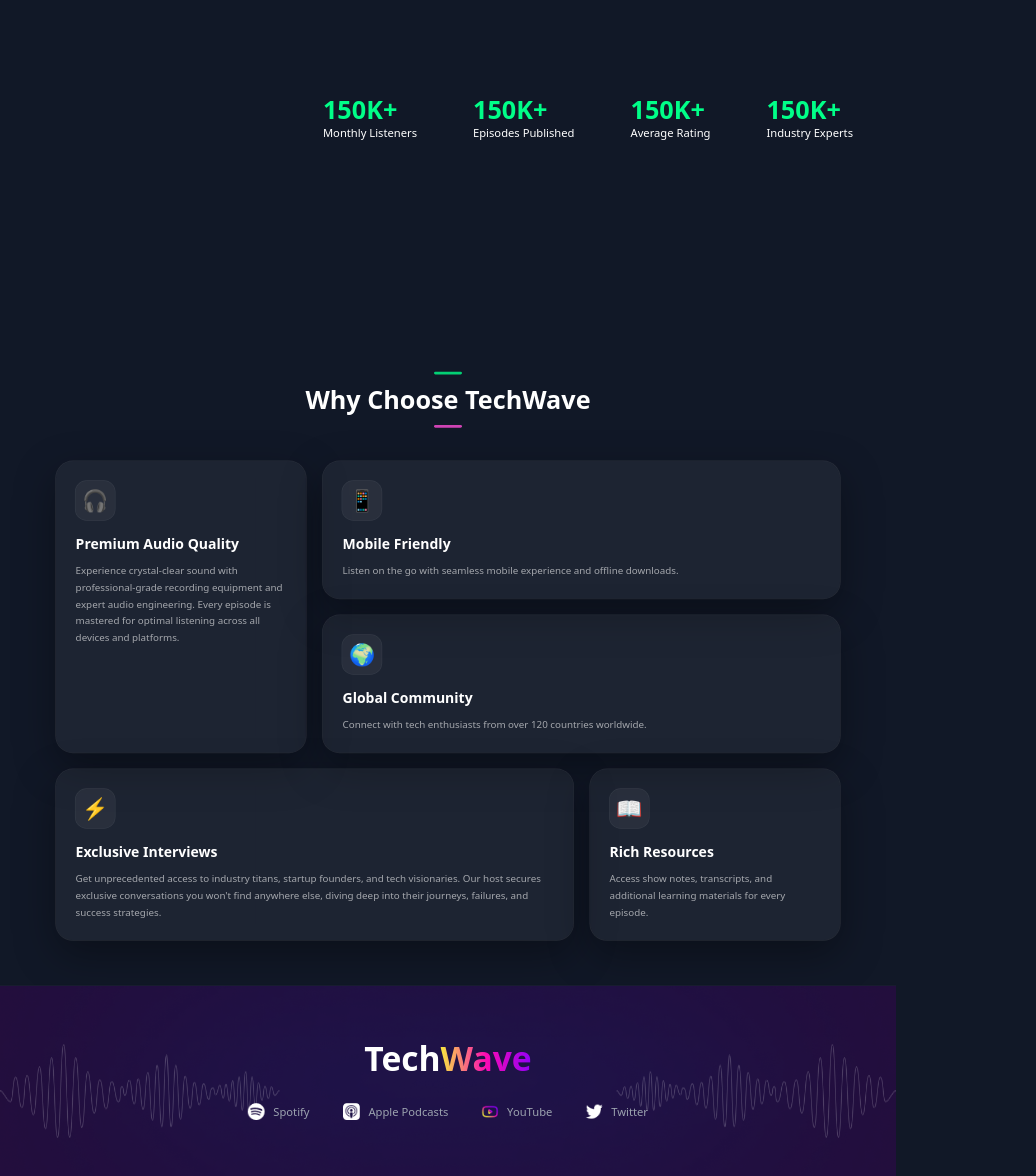
Repository: tanimtanzilislam/Assignment_2
Page: index.html
An editor plug-in stored every save of this project. The page is shown before and after the next save, followed by the edit.
The browser window is 1280 px wide. The page is 1480 px wide, so the pictures cover 1480 px, including what lies to the right of the window. The pictures show the part of the page from y = 910 to 2590 px (the page is 2590 px tall), at 70% of full size.
Some web libraries are served in a nearby version.

Above is the page before, as saved 2026-03-03 21:55:58.

After the next save:
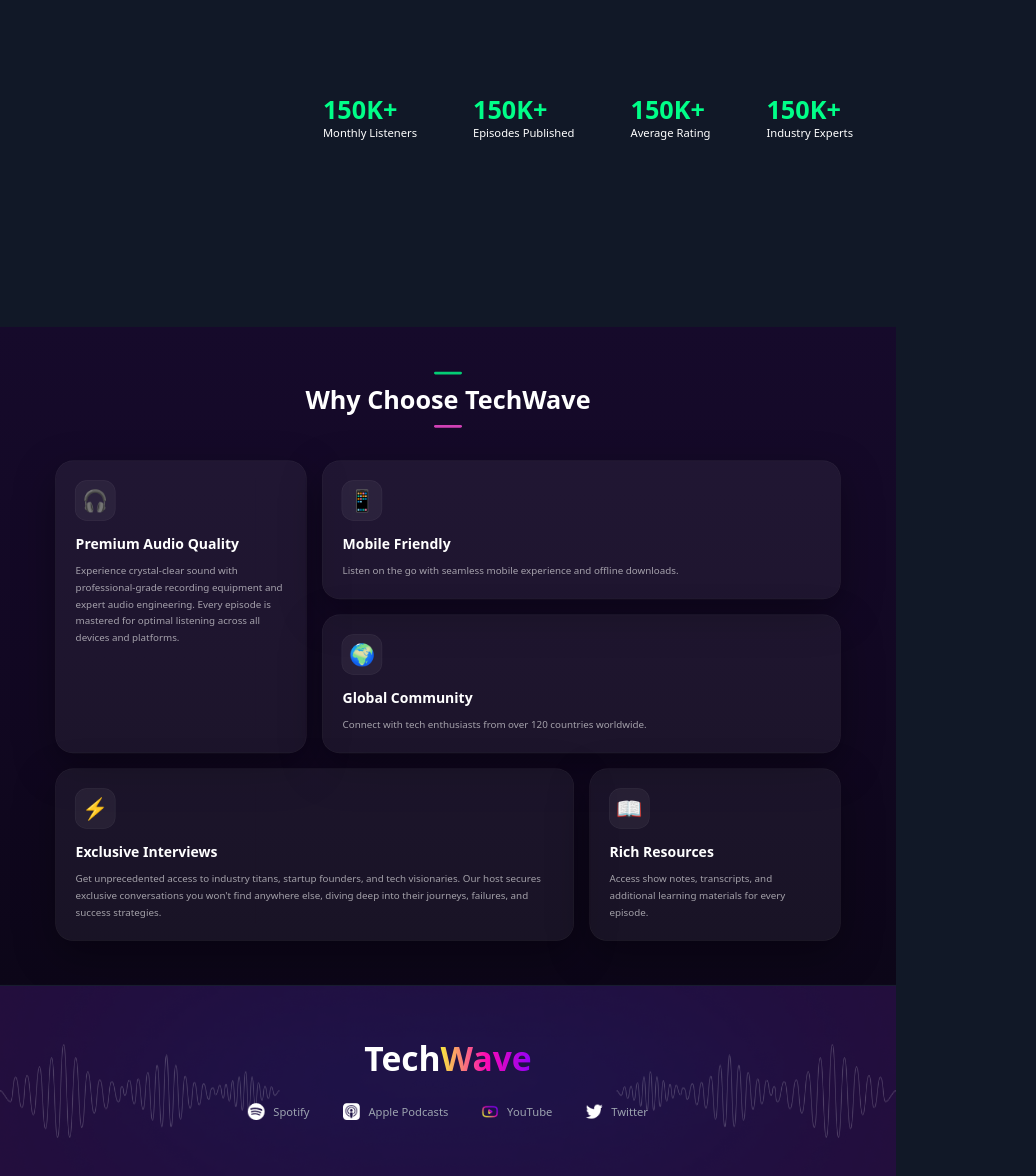
Saved 33 min 49 s later.
--- a/index.html
+++ b/index.html
@@ -103,7 +103,7 @@ and share stories of personal growth from industry leaders.
 
 
 <!--  flex box -->
-    <section class="relative overflow-hidden  py-16">
+    <section class="relative overflow-hidden bg-gradient-to-b from-[#160a2b] via-[#120823] to-[#0c0618] py-16">
     <!-- overflow-hidden dile vitorer content boro hole  seta kete jabe ba dekha jabe na -->
       <div class="mx-auto max-w-6xl px-4">
     <!-- Heading -->
